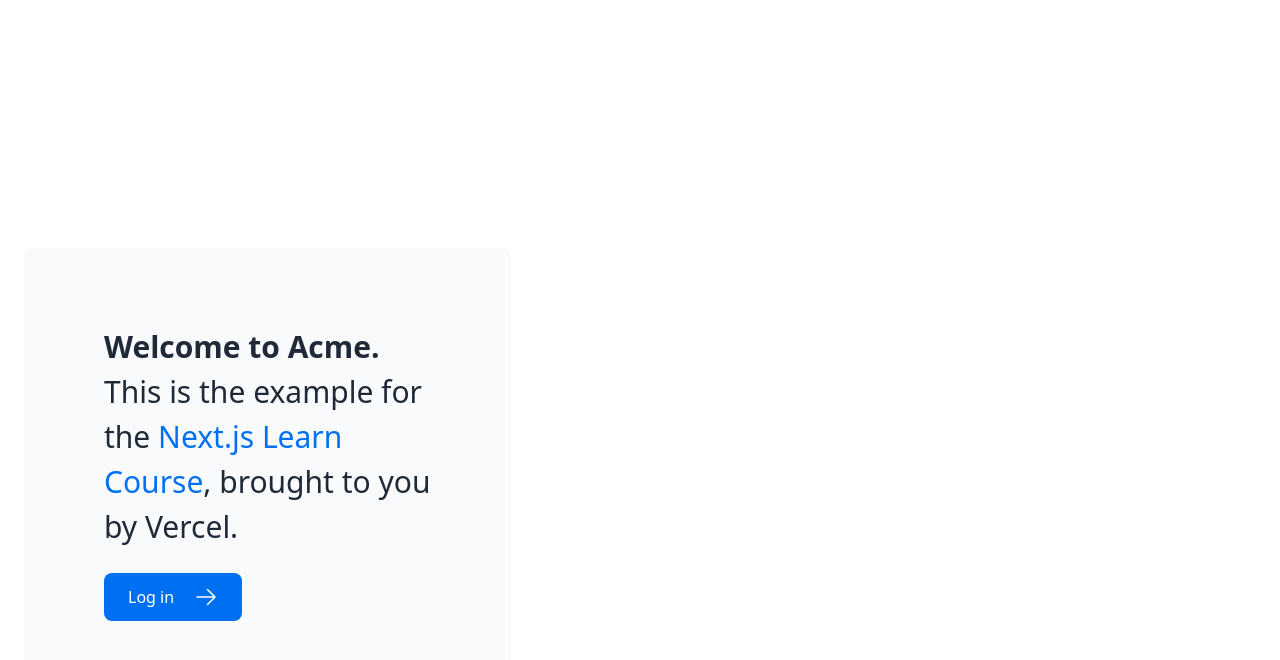
Repository: lokinell/nextjs-dashboard
Page: /
These files come from the project's save history. The page is drawn as it stood at one moment and after the next save; the edit follows.
The browser window is 1280 px wide. The pictures show the whole page.
The project was rebuilt for these pictures with package versions that can differ from the ones it lists, and the page was loaded fresh each time. The framework's server and built-in components were replaced by stand-ins that run in the browser. Also part of the build but not shown: next.config.js.

Above is the page before, as saved 2024-03-11 23:32:28.

After the next save:
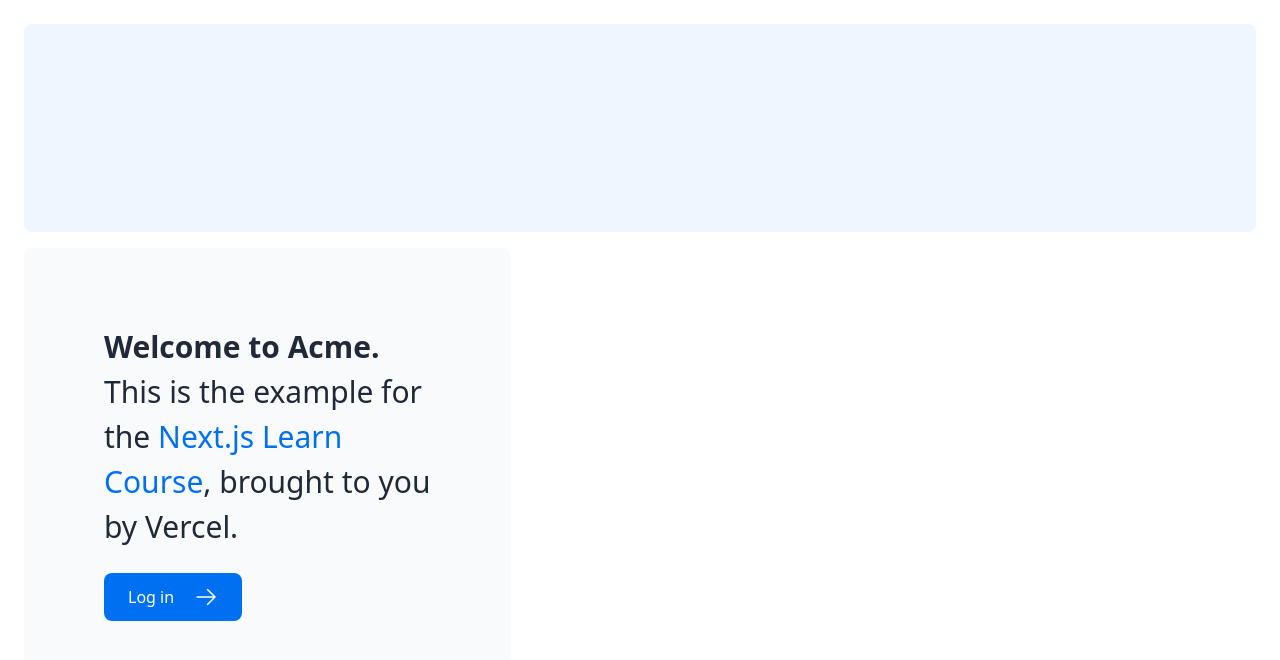
Saved 5 s later.
--- a/app/page.tsx
+++ b/app/page.tsx
@@ -5,7 +5,7 @@
 export default function Page() {
   return (
     <main className="flex min-h-screen flex-col p-6">
-      <div className="flex h-20 shrink-0 items-end rounded-lg bg-blue p-4 md:h-52">
+      <div className="flex h-20 shrink-0 items-end rounded-lg bg-blue-50 p-4 md:h-52">
         {/* <AcmeLogo /> */}
       </div>
       <div className="mt-4 flex grow flex-col gap-4 md:flex-row">
